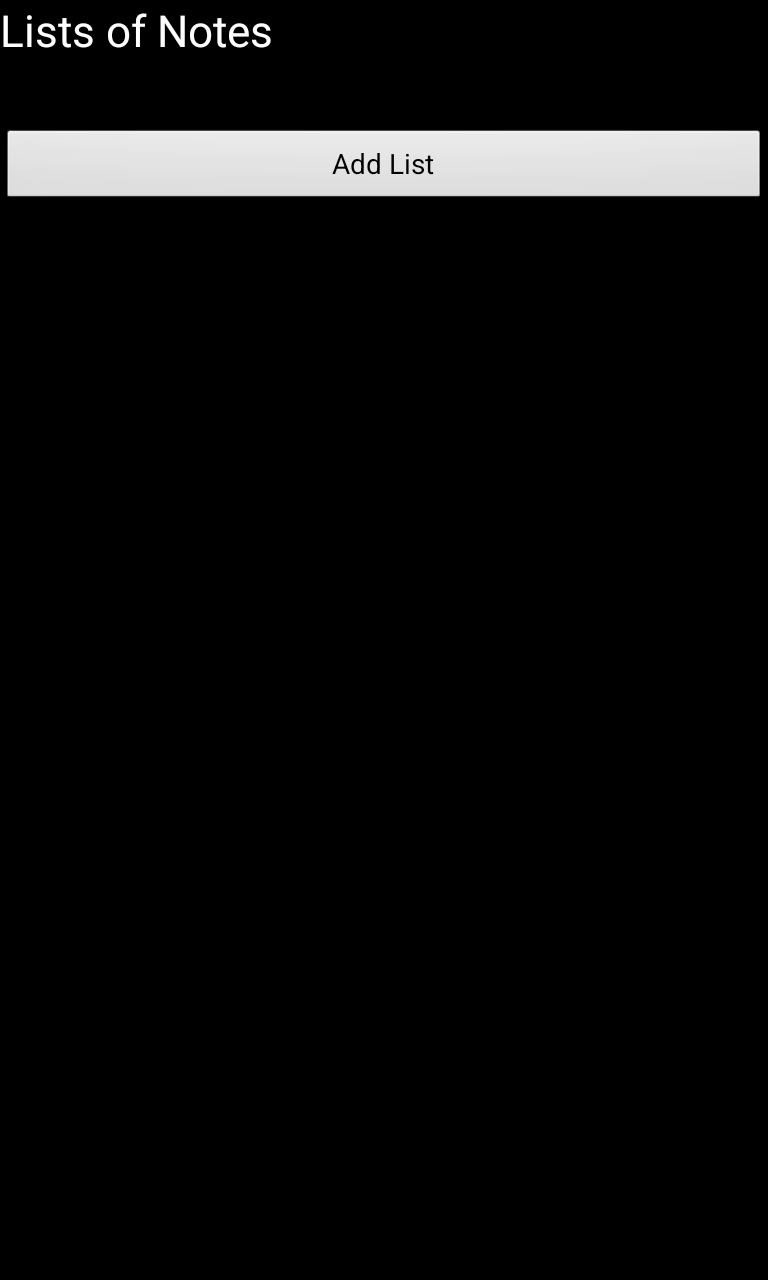
Repository: sandrapatfer/PROMPT11-10-CloudComputing.sandrapatfer
Layout: src/FinalWork/AndroidCloudNotes/AndroidCloudNotes/res/layout/tasklist_list_view.xml
The author's editor kept a copy of each file at every save. The layout is drawn from the files as they stood at one save, then again after the next save.
It is drawn on a 768 x 1280 px phone screen (xhdpi) without system bars, with theme android:Theme; the app's code is not run. Lists and similar views that code fills are empty.

Above is the layout before, as saved 2012-06-03 20:01:48.

### src/FinalWork/AndroidCloudNotes/AndroidCloudNotes/res/layout/tasklist_list_view.xml
<?xml version="1.0" encoding="utf-8"?>
<LinearLayout xmlns:android="http://schemas.android.com/apk/res/android"
    android:layout_width="match_parent"
    android:layout_height="match_parent"
    android:orientation="vertical" >

    <TextView
        android:id="@+id/textView1"
        android:layout_width="match_parent"
        android:layout_height="60dp"
        android:text="@string/tasklist_title"
        android:textAppearance="?android:attr/textAppearanceLarge"
         />


    <ListView
        android:id="@+id/tasklist_view"
        android:layout_width="match_parent"
        android:layout_height="wrap_content"
        android:layout_margin="2dp" >

    </ListView>

    <Button
        android:id="@+id/button1"
        android:layout_width="match_parent"
        android:layout_height="40dp"
        android:text="@string/tasklist_createnew_label" />

</LinearLayout>

### src/FinalWork/AndroidCloudNotes/AndroidCloudNotes/res/values/strings.xml
<?xml version="1.0" encoding="utf-8"?>
<resources>

    <string name="hello">Hello World, AndroidCloudNotesActivity!</string>
    <string name="app_name">Prompt Cloud Notes for Android</string>
    <string name="tasklistitem_label">"List: "</string>
    <string name="tasklist_title">Lists of Notes</string>
    <string name="tasklist_createnew_label">Add List</string>

</resources>

After the next save:
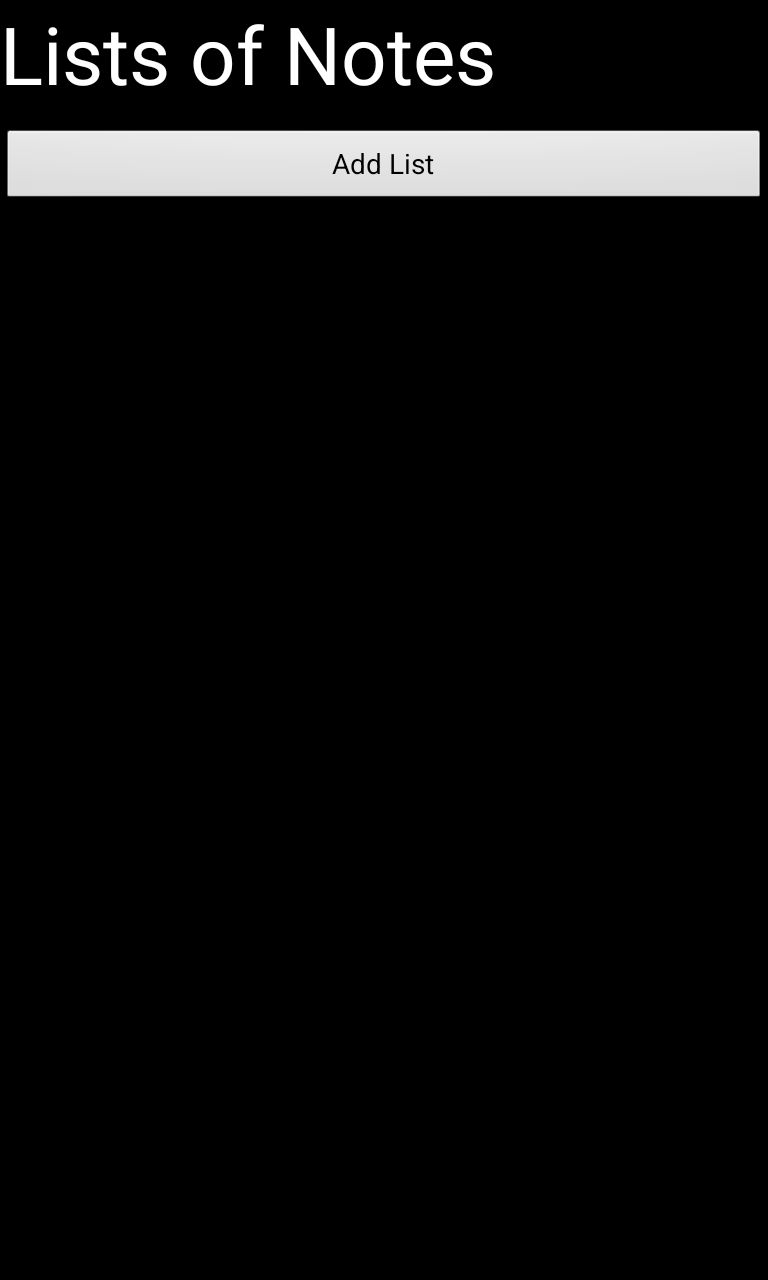
Saved 2 min 29 s later.
--- a/src/FinalWork/AndroidCloudNotes/AndroidCloudNotes/res/layout/tasklist_list_view.xml
+++ b/src/FinalWork/AndroidCloudNotes/AndroidCloudNotes/res/layout/tasklist_list_view.xml
@@ -10,7 +10,7 @@
         android:layout_height="60dp"
         android:text="@string/tasklist_title"
         android:textAppearance="?android:attr/textAppearanceLarge"
-         />
+        android:textSize="40dp" />
 
 
     <ListView
